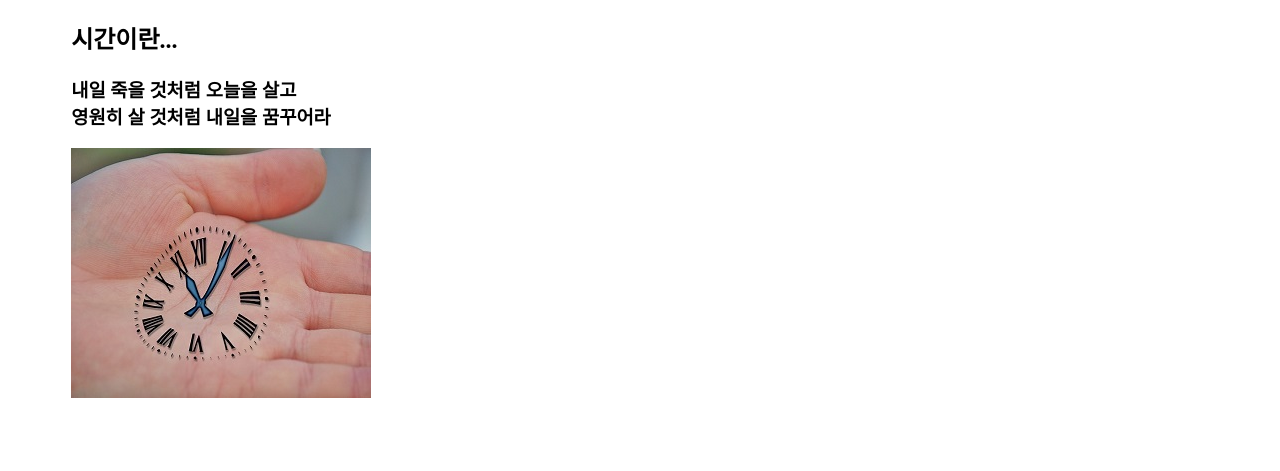
Repository: hwa-ryong/jspworks
Page: http://localhost/Jspwork/ch01/time.jsp
These files come from the project's save history. The page is drawn as it stood at one moment and after the next save; the edit follows.
The browser window is 1280 px wide. The pictures show the whole page.
The page is served by Tomcat 9. Other server files are loaded and not shown.

Above is the page before, as saved 2023-05-26 04:05:56.

### Jspwork/src/main/webapp/ch01/time.jsp
<%@ page language="java" contentType="text/html; charset=UTF-8"
    pageEncoding="UTF-8"%>
<!DOCTYPE html>
<html>
<head>
<meta charset="UTF-8">
<title>시간이란...</title>
<style>
	#content{width: 90%; margin: 20px auto;}
</style>
</head>
<body>
	<div id="content">
		<h2>시간이란...</h2>
		<h3>내일 죽을 것처럼 오늘을 살고<br>
			영원히 살 것처럼 내일을 꿈꾸어라</h3>
		<img src="../resources/images/time.jpg" alt="손시계">
	</div>
</body>
</html>

After the next save:
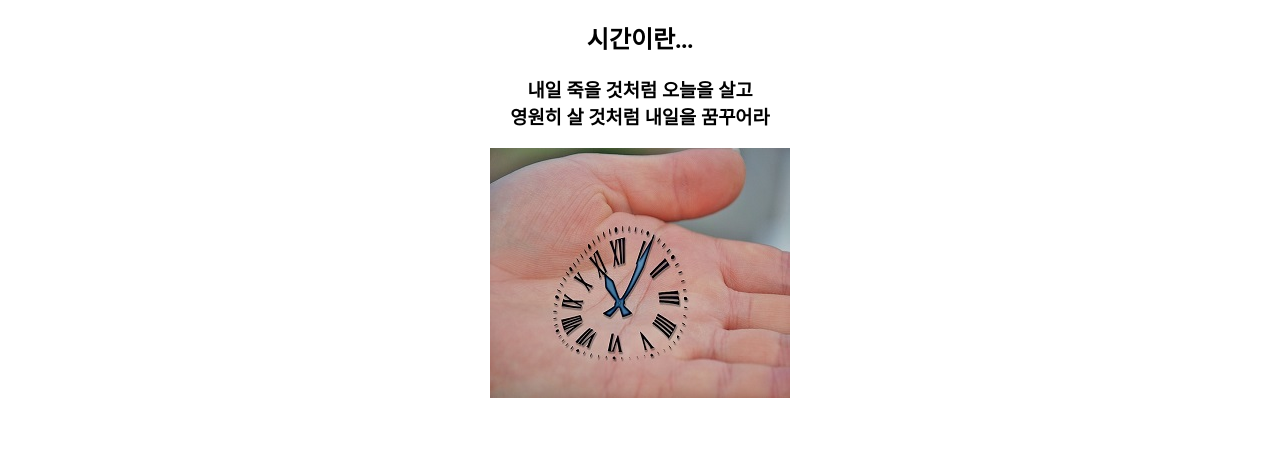
Console error: TypeError: Cannot set properties of null (setting 'innerHTML')
Saved 5 min 15 s later.
--- a/Jspwork/src/main/webapp/ch01/time.jsp
+++ b/Jspwork/src/main/webapp/ch01/time.jsp
@@ -6,8 +6,17 @@
 <meta charset="UTF-8">
 <title>시간이란...</title>
 <style>
-	#content{width: 90%; margin: 20px auto;}
+	#content{width: 90%; margin: 20px auto; text-align: center;}
 </style>
+<script>
+	setInterval(myWatch, 1000);
+
+	function myWatch() {
+		let date = new Date();
+		let now = date.toLocaleTimeString();
+		document.getElementById("demo").innerHTML = now;
+	}
+</script>
 </head>
 <body>
 	<div id="content">

After the 2 saves that followed:
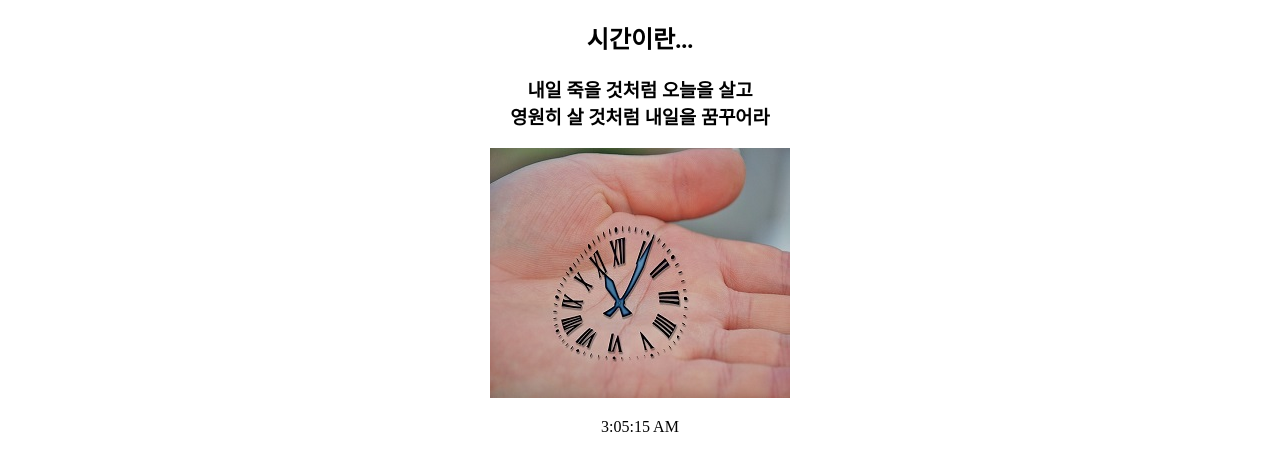
The error is gone.
The 2 saves are shown as one change because 1 left the picture as it was.
The last was saved 2 min 17 s later.
--- a/Jspwork/src/main/webapp/ch01/time.jsp
+++ b/Jspwork/src/main/webapp/ch01/time.jsp
@@ -9,6 +9,7 @@
 	#content{width: 90%; margin: 20px auto; text-align: center;}
 </style>
 <script>
+	//디지털 시계
 	setInterval(myWatch, 1000);
 
 	function myWatch() {
@@ -24,6 +25,7 @@
 		<h3>내일 죽을 것처럼 오늘을 살고<br>
 			영원히 살 것처럼 내일을 꿈꾸어라</h3>
 		<img src="../resources/images/time.jpg" alt="손시계">
+		<p id="demo"></p>
 	</div>
 </body>
 </html>
